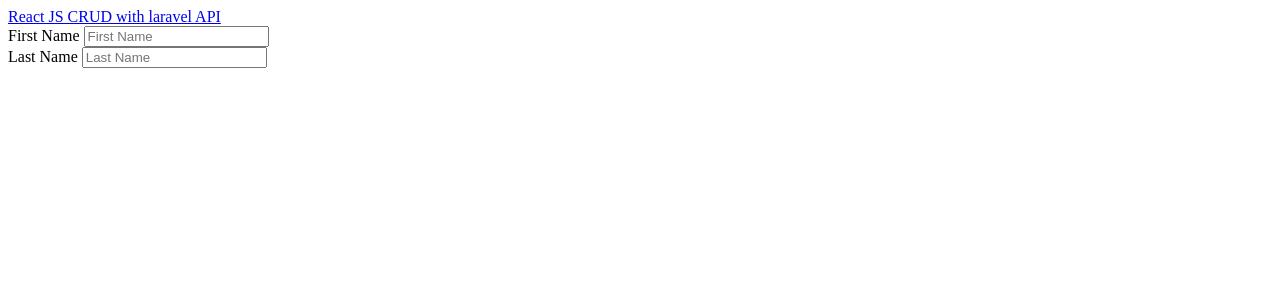
Repository: balkisys/react-js-crud
Page: /
These files come from the project's save history. The page is drawn as it stood at one moment and after the next save; the edit follows.
The browser window is 1280 px wide. The pictures show the whole page.
The project was rebuilt for these pictures with package versions that can differ from the ones it lists, and the page was loaded fresh each time.

Above is the page before, as saved 2020-05-18 10:03:14.

After the next save:
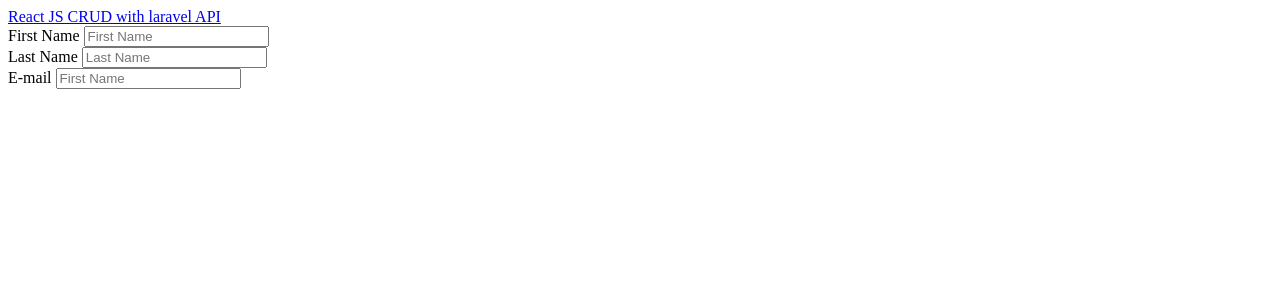
Saved 64 s later.
--- a/src/components/MyForm.js
+++ b/src/components/MyForm.js
@@ -16,6 +16,11 @@ class MyForm extends Component {
            <input type="text" name="last_name" placeholder="Last Name" />
            </div>
 
+           <div className="four wide field">
+           <label> E-mail </label>
+           <input type="email" name="first_name" placeholder="First Name" />
+           </div>
+
        </div>
       </from>
        );
